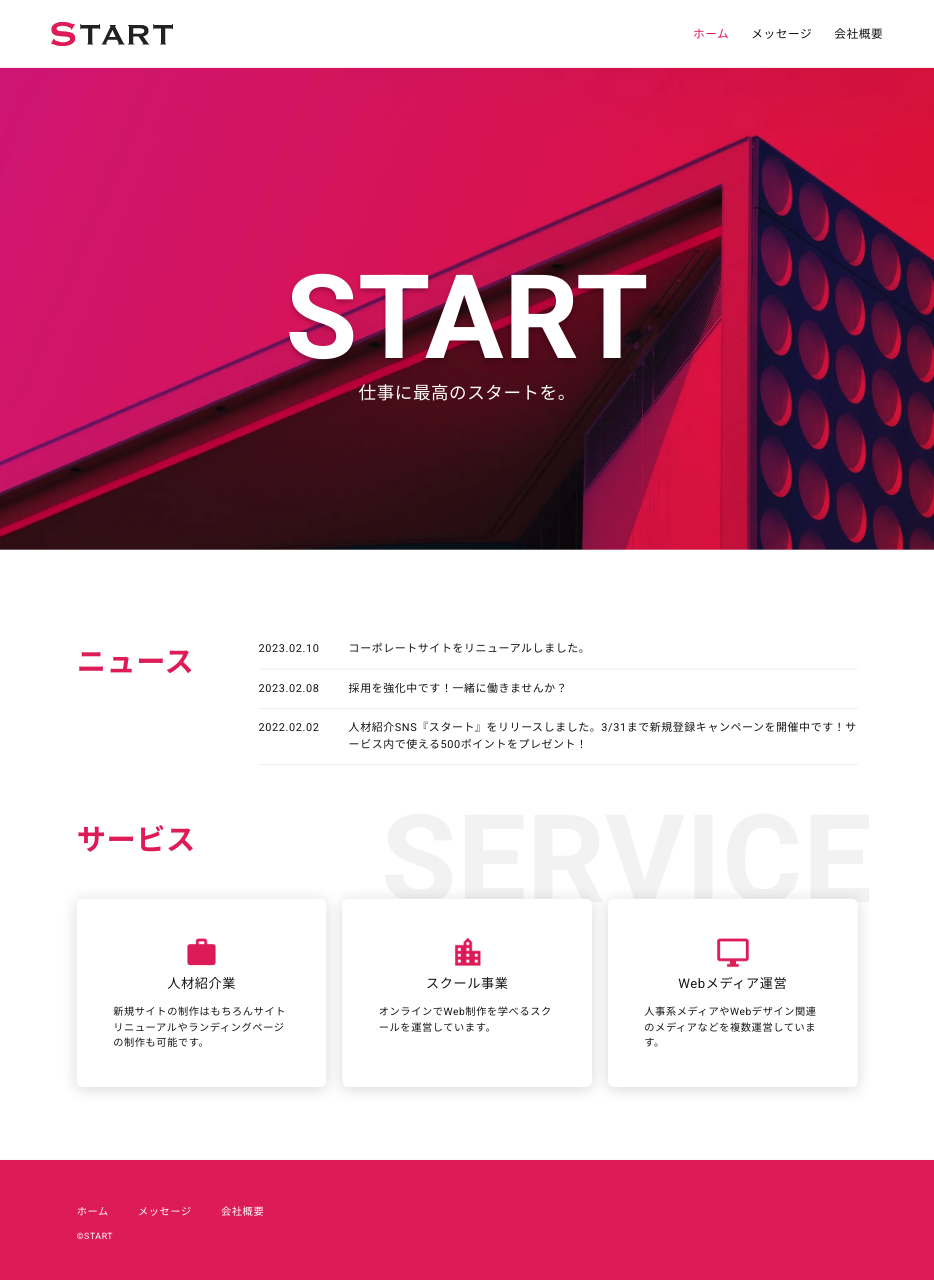
Repository: tetishi/tetishi.github.io
Page: index.html
An editor plug-in stored every save of this project. The page is shown before and after the next save, followed by the edit.
The browser window is 1280 px wide. The pictures show the whole page, at 73% of full size.

Above is the page before, as saved 2023-07-16 21:25:45.

### index.html
<!DOCTYPE html>
<html lang="en">
<head>
    <meta charset="UTF-8">
    <meta http-equiv="X-UA-Compatible" content="IE=edge">
    <meta name="viewport" content="width=device-width, initial-scale=1.0">
    <title>Start</title>
    <!-- <link rel="stylesheet" type="text/css" href="http://yui.yahooapis.com/3.18.1/build/cssreset/cssreset-min.css"> -->
    <link rel="preconnect" href="https://fonts.googleapis.com">
    <link rel="preconnect" href="https://fonts.gstatic.com" crossorigin>
    <link href="https://fonts.googleapis.com/css2?family=Noto+Sans+JP:wght@500;700&family=Roboto:wght@400;700&display=swap" rel="stylesheet">
    <link rel="icon" href="img/favicon.ico">
    <link rel="stylesheet" href="./css/reset.css">
    <link rel="stylesheet" href="./css/style.css">
</head>
<body>
    <header class="header">
        <div class="header-inner">
            <h2 class="nav-title">
                <a href="./index.html">
                    <img class="pc" src="img/logo.svg" alt="STARTのロゴ">
                    <img class="sp" src="img/sp_logo.svg" alt="STARTのロゴ">
                </a>
            </h2>
            <nav class="header-nav">
                <ul class="header-list">
                    <li class="header-item">
                        <a href="./index.html" class="text-red">ホーム</a>
                    </li>
                    <li class="header-item">
                        <a href="./message.html">メッセージ</a>
                    </li>
                    <li class="header-item">
                        <a href="./company.html">会社概要</a>
                    </li>
                </ul>
            </nav>
            <button class="hamburger-btn">
                <span class="bar bar_top"></span>
                <span class="bar bar_mid"></span>
                <span class="bar bar_bottom"></span>
            </button>
        </div>
    </header>

    <main>
        <!-- fv -->
        <div class="fv">
            <div class="fv_img">
                <picture>
                    <source srcset="./img/fv.webp" type="image/webp">
                    <img src="./img/fv.jpg" alt="STARTの赤いイメージ背景">
                </picture>
            </div>
            <div class="sp_fv_img">
                <picture>
                    <source srcset="./img/sp_fv.webp" type="image/webp">
                    <img src="./img/sp_fv.jpg" alt="STARTの赤いイメージ背景">
                </picture>
            </div>
            <!-- page-title-wrapper -->
            <div class="page-title-wrapper">
                <h1 class="page-title">START</h1>
                <div class="page-title-bottom">仕事に最高のスタートを。</div>
                <!-- /.page-title-bottom -->
            </div>
        </div>

        <!-- news -->
        <section id="news" class="section-wrapper news-wrapper">
            <div class="section-inner news-inner">
                <h2 class="section-title news-title">
                    ニュース
                </h2>
                <div class="news-container">
                    <ul class="news-list">
                        <li class="news-item">
                            <time datetime="2023.02.10">2023.02.10</time>
                            <a href="#news">コーポレートサイトをリニューアルしました。</a>
                        </li>
                        <li class="news-item">
                            <time datetime="2023.02.08">2023.02.08</time>
                            <a href="#news">採用を強化中です！一緒に働きませんか？</a>
                        </li>
                        <li class="news-item">
                            <time datetime="2022.02.02">2022.02.02</time>
                            <a href="#news">人材紹介SNS『スタート』をリリースしました。3/31まで新規登録キャンペーンを開催中です！サービス内で使える500ポイントをプレゼント！</a>
                        </li>
                    </ul>
                </div>
                <!-- /.news-container -->
            </div>
            <!-- /.section-inner -->
        </section>

        <!-- service -->
        <section id="service" class="section-wrapper service-wrapper">
            <div class="section-inner">
                <h2 class="section-title text-right text-white">サービス</h2>
                <h2 class="upper-text text-white">SERVICE</h2>
                <ul class="service-list">
                    <li class="service-item">
                            <picture>
                                <source srcset="./img/bag.webp" type="image/webp">
                                <img src="./img/bag.png" alt="手提げ鞄">
                            </picture>
                            <h3 class="service-item-title">人材紹介業</h3>
                            <p class="service-item-text">
                                新規サイトの制作はもちろんサイトリニューアルやランディングページの制作も可能です。
                            </p>
                    </li>
                    <li class="service-item">
                            <picture>
                                <source srcset="./img/school.webp" type="image/webp">
                                <img src="./img/school.png" alt="スクール">
                            </picture>
                            <h3 class="service-item-title">スクール事業</h3>
                            <p class="service-item-text">
                                オンラインでWeb制作を学べるスクールを運営しています。
                            </p>
                    </li>
                    <li class="service-item">
                            <picture>
                                <source srcset="./img/web.webp" type="image/webp">
                                <img src="./img/web.png" alt="モニター">
                            </picture>
                            <h3 class="service-item-title">Webメディア運営</h3>
                            <p class="service-item-text">
                                人事系メディアやWebデザイン関連のメディアなどを複数運営しています。
                            </p>
                    </li>
                </ul>
            </div>
            <!-- /.section-inner -->
        </section>

    </main>


    <footer class="footer">
        <div class="section-inner">
            <nav class="footer-nav">
                <ul class="footer-nav-list">
                    <li class="footer-nav-item"><a href="./index.html">ホーム</a></li>
                    <li class="footer-nav-item"><a href="./message.html">メッセージ</a></li>
                    <li class="footer-nav-item"><a href="./company.html">会社概要</a></li>
                </ul>
            </nav>
            <small>&copy;START</small>
        </div>
    </footer>

    <script src="https://ajax.googleapis.com/ajax/libs/jquery/3.6.0/jquery.min.js"></script>
    <script src="js/script.js"></script>
</body>
</html>

### css/reset.css
/*
html5doctor.com Reset Stylesheet
v1.6.1
Last Updated: 2010-09-17
Author: Richard Clark - http://richclarkdesign.com
Twitter: @rich_clark
*/

* {
    box-sizing: border-box;
}

html,
body,
div,
span,
object,
iframe,
h1,
h2,
h3,
h4,
h5,
h6,
p,
blockquote,
pre,
abbr,
address,
cite,
code,
del,
dfn,
em,
img,
ins,
kbd,
q,
samp,
small,
strong,
sub,
sup,
var,
b,
i,
dl,
dt,
dd,
ol,
ul,
li,
fieldset,
form,
label,
legend,
table,
caption,
tbody,
tfoot,
thead,
tr,
th,
td,
article,
aside,
canvas,
details,
figcaption,
figure,
footer,
header,
hgroup,
menu,
nav,
section,
summary,
time,
mark,
ruby,
audio,
video {
    margin: 0;
    padding: 0;
    border: 0;
    outline: 0;
    font-size: 100%;
    vertical-align: baseline;
    background: transparent;
}

body {
    line-height: 1.5;
}

img {
    width: 100%;
    height: auto;
    object-fit: cover;
}

button {
    background-color: transparent;
    border: none;
    cursor: pointer;
    outline: none;
    padding: 0;
    appearance: none;
}

article,
aside,
details,
figcaption,
figure,
footer,
header,
hgroup,
menu,
nav,
section {
    display: block;
}

nav ul {
    list-style: none;
}

li {
    list-style: none;
}

a {
    margin: 0;
    padding: 0;
    font-size: 100%;
    vertical-align: baseline;
    background: transparent;
}

input,
select {
    vertical-align: middle;
}

/*end reset css*/

### css/style.css
/* base */

html {
    font-size: 62.5%;
}
body {
    font-size: 1.6rem;
    letter-spacing: .05em;
    color: #151515;
    font-family: "Roboto", "Noto Sans JP", Arial, "Hiragino Kaku Gothic ProN", "Hiragino Sans", Meiryo, sans-serif;
}
img {
    vertical-align: bottom;
}
.section-inner {
    max-width: 1110px;
    margin: 0 auto;
    padding: 0 20px;
}
.section-title {
    font-size: 4rem;
    color: #DD1B57;
    margin-bottom: 49px;
    /* width: 25%; */
    white-space: nowrap;
}
a {
    color: inherit;
    text-decoration: none;
}
.text-red {
    color: #DD1B57;
}
.pc {
    display: block;
}
.sp {
    display: none;
}

/* header */
.header {
    padding: 30px 70px;
    width: 100%;
}

.header a {
    text-decoration: none;
}
.header-inner {
    display: flex;
    justify-content: space-between;
    align-items: center;
}
.header-list {
    display: flex;
}
.header-item {
    margin-right: 30px;
}
.header-item:last-of-type {
    margin-right: 0;
}
.hamburger-btn {
    display: none;
}

/* fv */
.fv {
    height: 100vh;
    min-height: 550px;
    position: relative;
}
.fv img {
    height: calc(100vh - 60px);
    min-height: 550px;
    object-fit: cover;
}
.sp_fv_img {
    display: none;
}
.page-title-wrapper {
    position: absolute;
    left: 50%;
    top: 50%;
    color: #fff;
    transform: translate(-50%,-50%);
    line-height: 1;
}
.page-title {
    font-size: 16rem;
    font-weight: bold;
    margin-bottom: 10px;
    text-shadow: 0 4px 6px rgb(0 0 0 / 25%);
}
.page-title-bottom {
    font-size: 24px;
    text-align: center;
}

/* news */
.news-wrapper {
    margin: 64px 0 74px 0;
}
.news-inner {
    display: flex;
    column-gap: 88px;
}
.news-item {
    padding: 15px 0 16px 0;
    border-bottom: 1px solid #E8E8E8;
    display: flex;
    font-size: 1.5rem;
}
.news-item:first-of-type {
    padding: 0 0 16px 0;
}
.news-item a {
    margin-left: 40px;
}

/* service */
.service-wrapper {
    margin-bottom: 100px;
}
.service-wrapper .section-inner {
    position: relative;
}
.upper-text {
    position: absolute;
    right: 0px;
    top: -69px;
    font-size: 16.8rem;
    font-weight: bold;
    margin: 0 auto;
    opacity: .05;
    z-index: 0;
}
.service-list {
    display: flex;
    justify-content: space-between;
    position: relative;
    z-index: 1;
}
.service-item {
    width: 32%;
    background-color: #fff;
    box-shadow: 0 3px 21px rgba(0, 0, 0, .16);
    border-radius: 8px;
}
.service-item img {
    width: 48px;
    display: block;
    margin: 0 auto;
    padding-top: 50px;
}
.service-item-title {
    text-align: center;
    font-size: 1.8rem;
    font-weight: normal;
    margin-top: 5px;
}
.service-item-text {
    padding: 15px 50px 50px 50px;
    font-size: 1.4rem;
}

/* footer */
.footer {
    background-color: #DD1B57;
    color: #fff;
    height: 164px;
}
.footer-nav-list {
    display: flex;
    font-size: 1.4rem;
    padding: 61px 0 9px;
}
.footer-nav-item {
    margin-right: 40px;
}
small {
    font-size: 1.2rem;
    margin-bottom: 50px;
}

@media screen and (max-width: 768px) {
    /* base_sp */
    .section-inner {
        padding: 0 20px;
    }
    .section-title {
        font-size: 3.2rem;
        margin-bottom: 19px;
        width: 100%;
    }
    .pc {
        display: none;
    }
    .sp {
        display: block;
    }

    /* header_sp */
    .header {
        padding: 0;
        z-index: 1;
        position: relative;
    }
    .header-inner {
        height: 60px;
    }
    .nav-title {
        padding: 0 0 0 20px;
    }
    .header-nav {
        display: none;
        position: fixed;
        top: 0;
        right: 0;
        width: 50%;
        height: 100vh;
        background-color: #DD1B57;
    }
    .header-list {
        height: 100%;
        flex-direction: column;
        padding: 96px 0 0 40px;
    }
    .text-red {
        color: #fff;
        opacity: .5;
    }
    .header-item {
        margin: 0 0 27px;
        color: #fff;
    }
    .header-item:last-of-type {
        margin-bottom: 0;
    }
    .hamburger-btn {
        display: block;
        background-color: #DD1B57;
        padding: 0px 16px;
        width: 60px;
        height: 60px;
    }
    .hamburger-btn .bar {
        display: block;
        width: 26px;
        height: 2px;
        background-color: #fff;
        transition: .3s;
        border-radius: 4px;
    }
    .bar_mid,
    .bar_bottom {
        margin-top: 8px;
    }
    .hamburger-btn.cross .bar_top {
        transform: rotate(45deg) translate(7px, 7px);
        transition: .3s;
    }
    .hamburger-btn.cross .bar_middle {
        opacity: 0;
        transition: .3s;
    }
    .hamburger-btn.cross .bar_bottom {
        transform: rotate(-45deg) translate(7px, -7px);
        transition: .3s;
    }
    body.noscroll {
        overflow: hidden;
    }

    /* fv_sp */
    .fv_img {
        display: none;
    }
    .sp_fv_img {
        display: block;
    }
    .page-title {
        font-size: 8rem;
        font-weight: bold;
    }
    .page-title-bottom {
        font-size: 2rem;
    }

    /* news_sp */
    .news-wrapper {
        margin: 33px 0 58px 0;
    }
    .news-inner {
        display: block;
    }
    .news-item {
        flex-flow: column;
        padding: 20px 0 16px 0;
    }
    .news-item:first-child {
        padding: 0 0 16px 0;
    }
    .news-item a {
        margin-left: 0px;
        margin-top: 7px;
    }

    /* service_sp */
    .service-wrapper {
        margin-bottom: 60px;
    }
    .upper-text {
        right: 0px;
        top: -5px;
        font-size: 7rem;
    }
    .service-list {
        display: block;
    }
    .service-item {
        width: 100%;
        margin-bottom: 20px;
    }
    .service-item img {
        width: 60px;
        padding-top: 40px;
    }
    .service-item-title {
        margin-top: 7px;
    }
    .service-item-text {
        padding: 10px 30px 40px 30px;
    }

    /* footer_sp */
    .footer {
        height: 120px;
    }
    .footer-nav-list {
        font-size: 1.2rem;
        padding: 41px 0 9px;
    }
    .footer-nav-item {
        margin-right: 25px;
    }
    small {
        font-size: 1rem;
        margin-bottom: 29px;
    }
}

### js/script.js
//ハンバーガーボタン
$('.hamburger-btn').on('click', function() {
    $('.header-nav').fadeToggle(300);
    $(this).toggleClass('cross');
    $('body').toggleClass('noscroll');
});

After the next save:
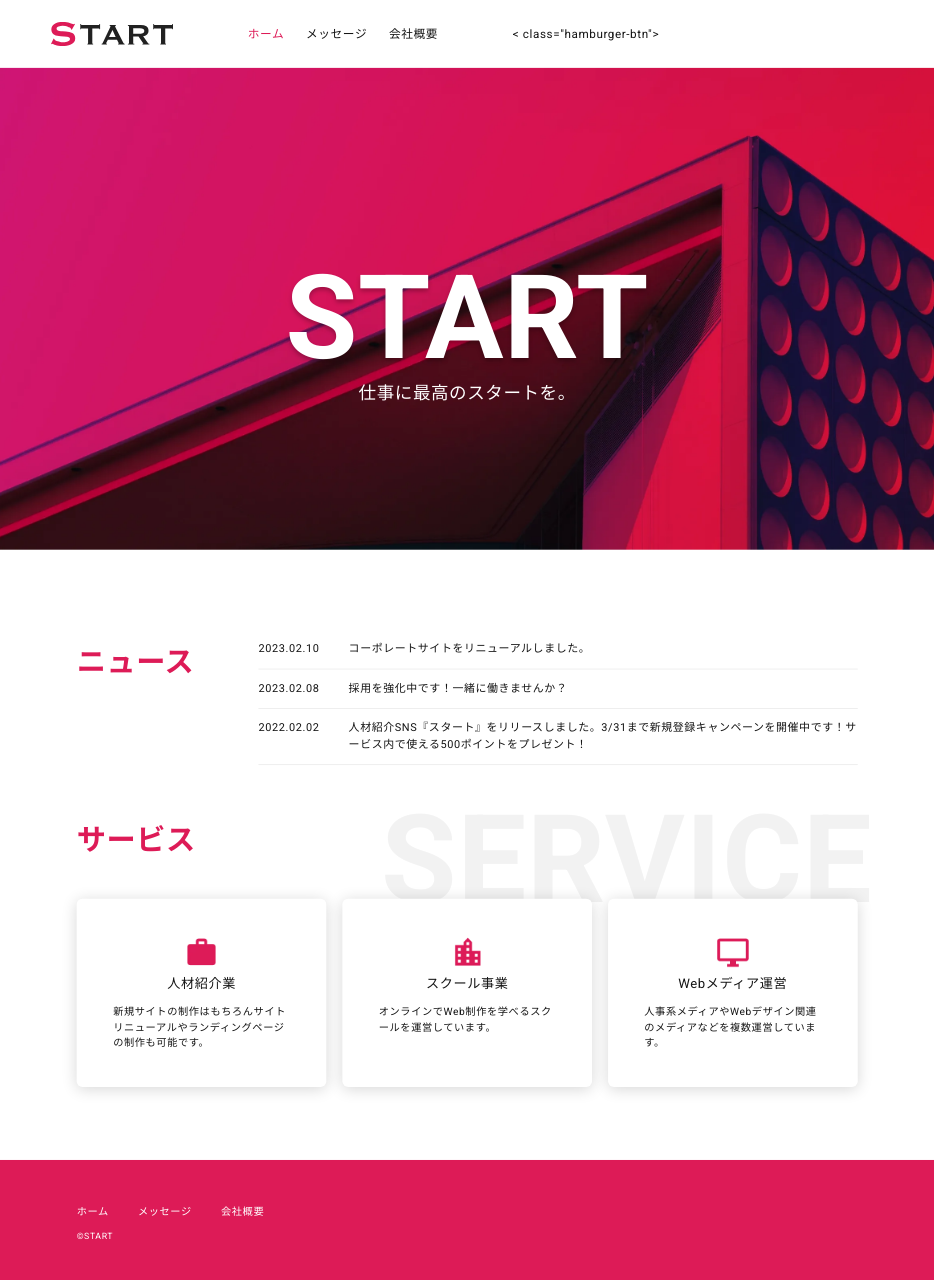
Saved 11 min 5 s later.
--- a/index.html
+++ b/index.html
@@ -35,7 +35,7 @@
                     </li>
                 </ul>
             </nav>
-            <button class="hamburger-btn">
+            < class="hamburger-btn">
                 <span class="bar bar_top"></span>
                 <span class="bar bar_mid"></span>
                 <span class="bar bar_bottom"></span>

After the save that followed:
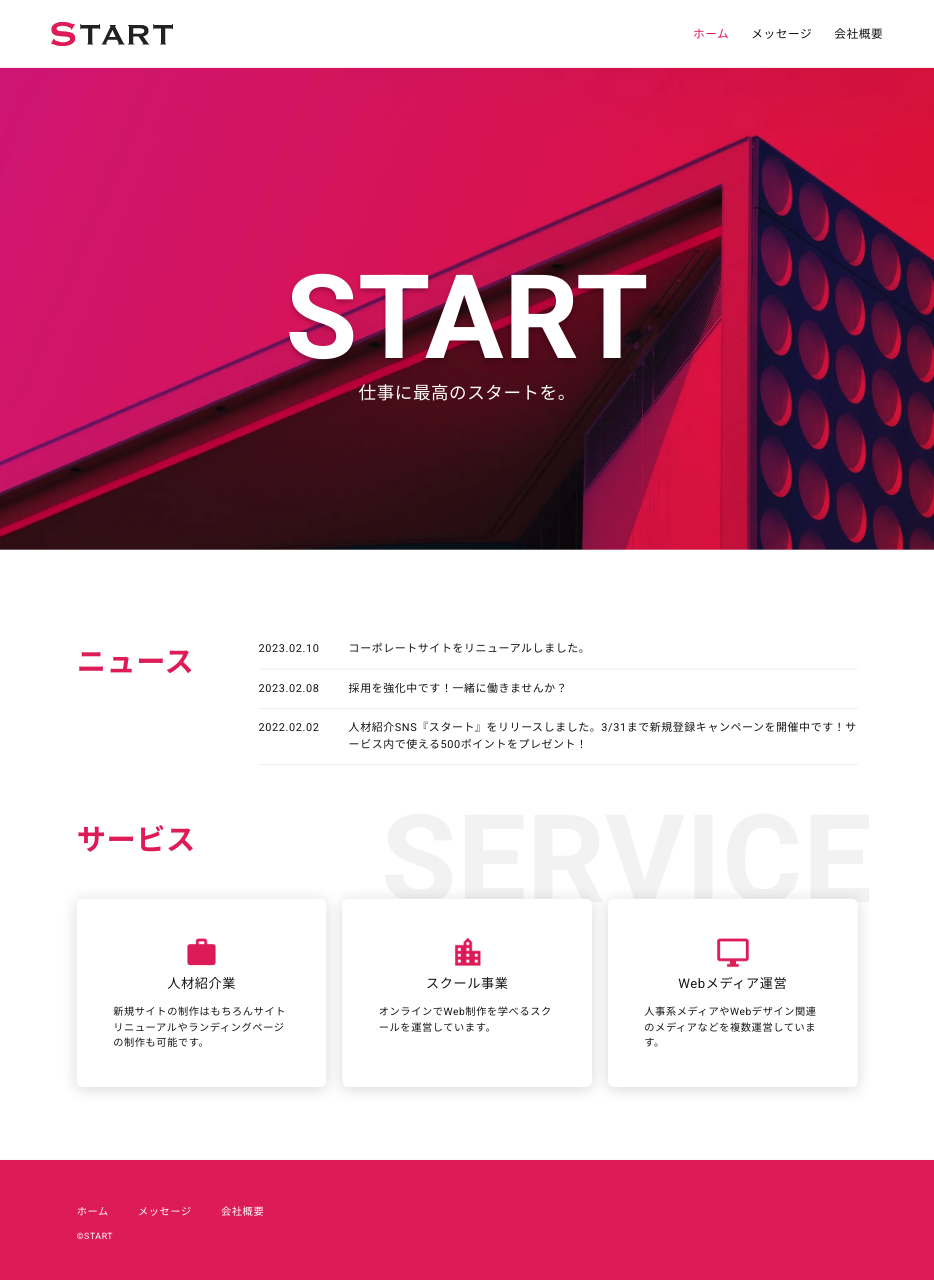
Saved 4 s later.
--- a/index.html
+++ b/index.html
@@ -35,7 +35,7 @@
                     </li>
                 </ul>
             </nav>
-            < class="hamburger-btn">
+            <div class="hamburger-btn">
                 <span class="bar bar_top"></span>
                 <span class="bar bar_mid"></span>
                 <span class="bar bar_bottom"></span>
